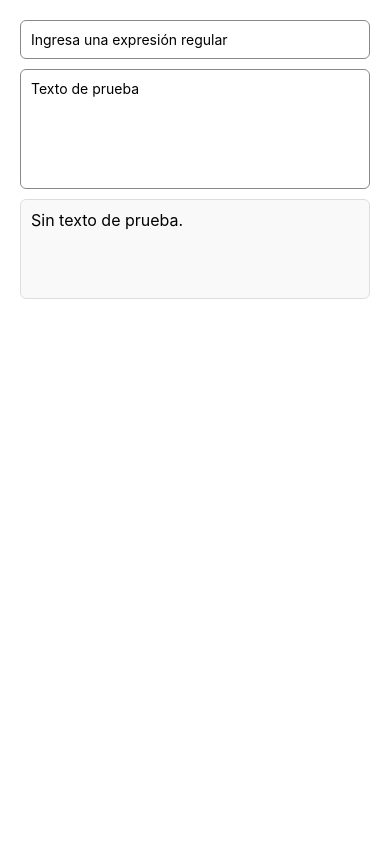
Repository: xunxuno/RegEx
Page: /
An editor plug-in stored every save of this project. The page is shown before and after the next save, followed by the edit.
The browser window is 390 px wide. The pictures show the whole page.
The app was drawn by React Native's web renderer in a window 390 px wide. The project was rebuilt for these pictures with package versions that can differ from the ones it lists, and the page was loaded fresh each time. Some packages were replaced by stand-ins written for this rebuild.

Above is the page before, as saved 2025-06-25 15:02:38.

After the next save:
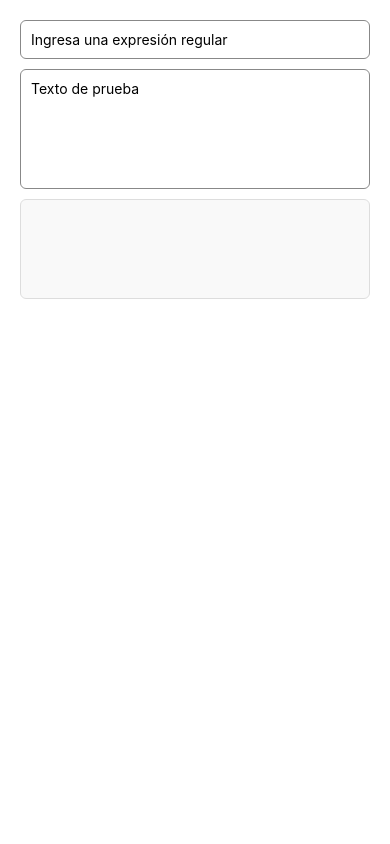
Saved 3 min 54 s later.
--- a/src/features/regexTester/components/molecules/MatchResult.tsx
+++ b/src/features/regexTester/components/molecules/MatchResult.tsx
@@ -7,27 +7,23 @@ interface Props {
 }
 
 export const MatchResult: React.FC<Props> = ({ text, matches }) => {
-  if (!text) {
-    return <Text style={styles.normal}>Sin texto de prueba.</Text>;
-  }
+  if (!text) return null;
 
-  const result: React.ReactElement[] = [];
+  const result: React.ReactNode[] = [];
   let lastIndex = 0;
 
   matches.forEach(([start, end], index) => {
     if (start > lastIndex) {
-      const before = text.slice(lastIndex, start);
       result.push(
         <Text key={`before-${index}`} style={styles.normal}>
-          {before}
+          {text.slice(lastIndex, start)}
         </Text>
       );
     }
 
-    const match = text.slice(start, end);
     result.push(
       <Text key={`match-${index}`} style={styles.match}>
-        {match}
+        {text.slice(start, end)}
       </Text>
     );
 
@@ -35,18 +31,17 @@ export const MatchResult: React.FC<Props> = ({ text, matches }) => {
   });
 
   if (lastIndex < text.length) {
-    const after = text.slice(lastIndex);
     result.push(
       <Text key="after" style={styles.normal}>
-        {after}
+        {text.slice(lastIndex)}
       </Text>
     );
   }
 
   return (
     <View style={styles.container}>
-      {result.map((el, index) => (
-        <View key={index} style={styles.block}>
+      {result.map((el, idx) => (
+        <View key={idx} style={styles.block}>
           {el}
         </View>
       ))}
@@ -62,16 +57,17 @@ const styles = StyleSheet.create({
   },
   block: {
     flexDirection: 'row',
-    flexShrink: 0,
   },
   normal: {
     color: '#000',
     fontSize: 16,
   },
   match: {
-    backgroundColor: 'yellow',
+    backgroundColor: '#ffd700', // más intenso que "yellow"
     color: '#000',
     fontWeight: 'bold',
     fontSize: 16,
+    paddingHorizontal: 2,
+    borderRadius: 2,
   },
 });
